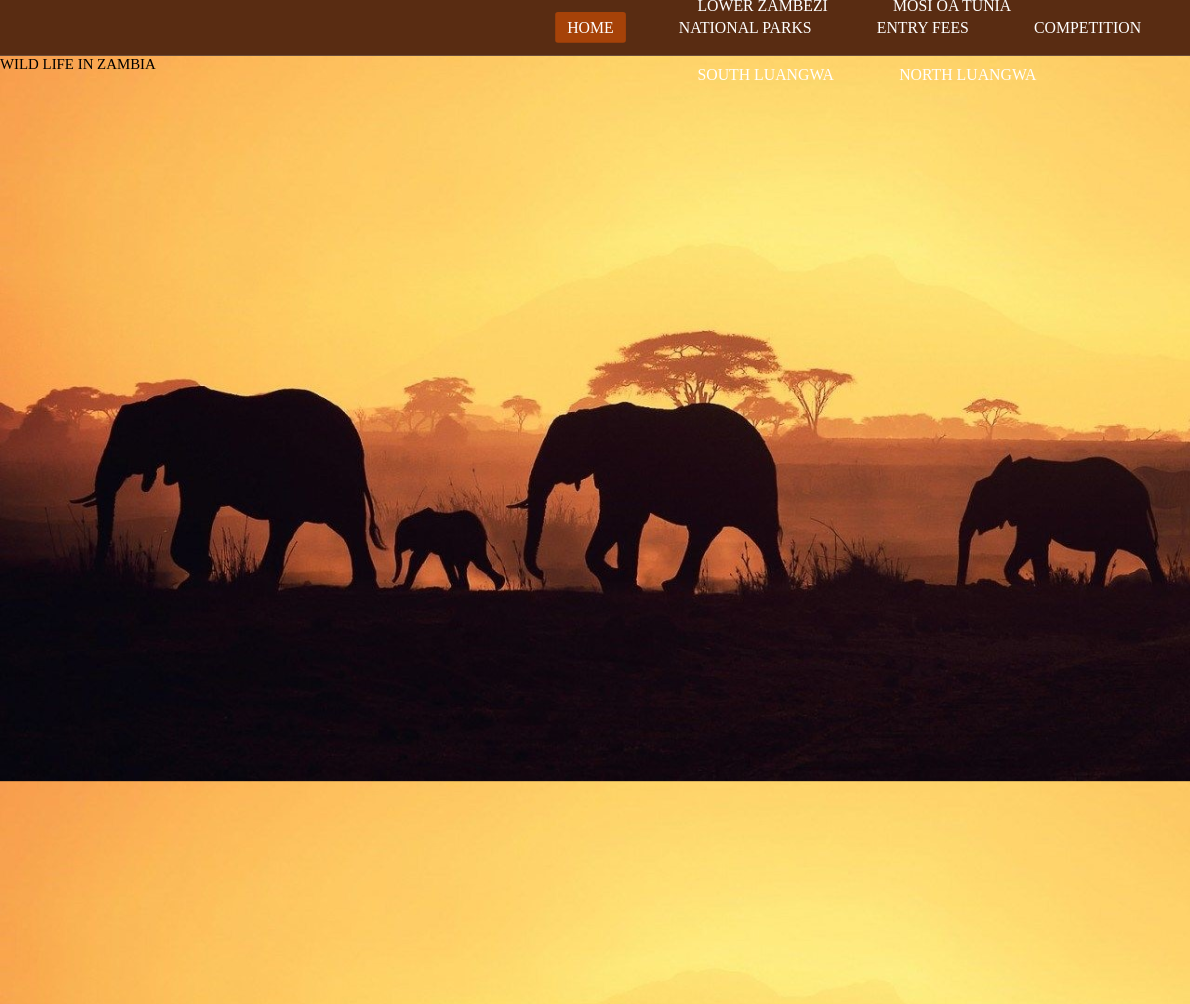
Repository: Lungdjos/web_assignment_3rd_yr
Page: home/index.html
These files come from the project's save history. The page is drawn as it stood at one moment and after the next save; the edit follows.
The browser window is 1280 px wide. The pictures show the whole page, at 93% of full size.
Some web libraries are served in a nearby version.

Above is the page before, as saved 2021-06-17 17:57:33.

### home/index.html
<!DOCTYPE html>
<html lang="en">

<head>
    <meta charset="UTF-8">
    <meta http-equiv="X-UA-Compatible" content="IE=edge">
    <meta name="viewport" content="width=device-width, initial-scale=1.0">
    <link rel="stylesheet" href="index.css">


    <title>Home</title>
    <script src="https://kit.fontawesome.com/a076d05399.js"></script>
</head>

<body>
    <nav>
        <input type="checkbox" id="check">
        <label for="check" class="checkbtn">
            <i class="fas fa-bars"></i>
        </label>
        <label class="logo">  </label>

        <ul>
            <li><a class="active" href="#">Home</a></li>
            <li><a href="#">National Parks</a>
                <ul>
                    <li>
                        <a href="/national parks/lower_zambezi/Lower_Zambezi.html">Lower Zambezi</a>
                    </li>
                    <li>
                        <a href="/national parks/mosi-oa-tunia/Mosi-oa-Tunya.html">Mosi oa Tunia</a>
                    </li>
                    <li>
                        <a href="/national parks/south_luangwa/South_Luangwa.html">South Luangwa</a>
                    </li>
                    <li>
                        <a href="/national parks/north_luangwa/North_Luangwa.html">North Luangwa</a>
                    </li>
                </ul>
            </li>
            <li><a href="/entry fee/entry_fee.html">Entry Fees</a></li>
            <li><a href="/competition/competition.html">Competition</a></li>

        </ul>
    </nav>
    <section>
        <p class="welcome">WILD LIFE IN ZAMBIA</p>
    </section>




</body>

</html>

### home/index.css
* {
    padding: 0;
    margin: 0;
    text-decoration: none;
    box-sizing: border-box;
}

body {
    font-family: montserrat;
}

nav {
    background: #592C12;
    height: 60px;
    width: 100%;
}

label.logo {
    color: white;
    font-size: 35;
    line-height: 60px;
    padding: 0 100px;
    font-weight: bold;
}

nav ul {
    float: right;
    margin-right: 20px;
}

nav ul li {
    display: inline-block;
    line-height: 60px;
    margin: 0 20px;
}

nav ul li a {
    color: white;
    font-size: 17px;
    padding: 7px 13px;
    border-radius: 3px;
    text-transform: uppercase;
}

a.active,
a:hover {
    background: #A64208;
    transition: 0.5s;
}

.checkbtn {
    font-size: 30px;
    color: white;
    float: right;
    line-height: 60px;
    margin-right: 40px;
    cursor: pointer;
    display: none;
}

#check {
    display: none;
}

@media (max-width: 1080px) {
    label.logo {
        font-size: 30px;
        padding-left: 50px;
    }
    nav ul li a {
        font-size: 16px;
    }
}

@media (max-width: 1080px) {
    .checkbtn {
        display: block;
    }
    ul {
        position: fixed;
        width: 100%;
        height: 100vh;
        background: #592C12;
        top: 80px;
        left: -100%;
        text-align: center;
        transition: all 0.5s;
    }
    nav ul li {
        display: block;
        margin: 50px 0;
        line-height: 20px;
    }
    nav ul li a {
        font-size: 20px;
        font-family: Arial, Helvetica, sans-serif;
    }
    a:hover,
    a.active {
        background: none;
        color: #F2D1B3;
    }
    #check:checked~ul {
        left: 0;
    }
}

section {
    background: url(/assets/images/elephants.jpg);
    background-size: no repeat;
    height: calc(150vh - 60px);
}


/**New Content Added*/


/*nav ul li ul a {
    display: block;
    padding: 0 15px;
    color: white;
    text-decoration: none;
}*/

nav ul ul {
    position: absolute;
    top: -30px;
    list-style-type: none;
}

nav ul li a:hover>ul {
    display: block;
}

nav ul ul li a {
    width: 100%;
    float: none;
    display: list-item;
    position: relative;
}

After the next save:
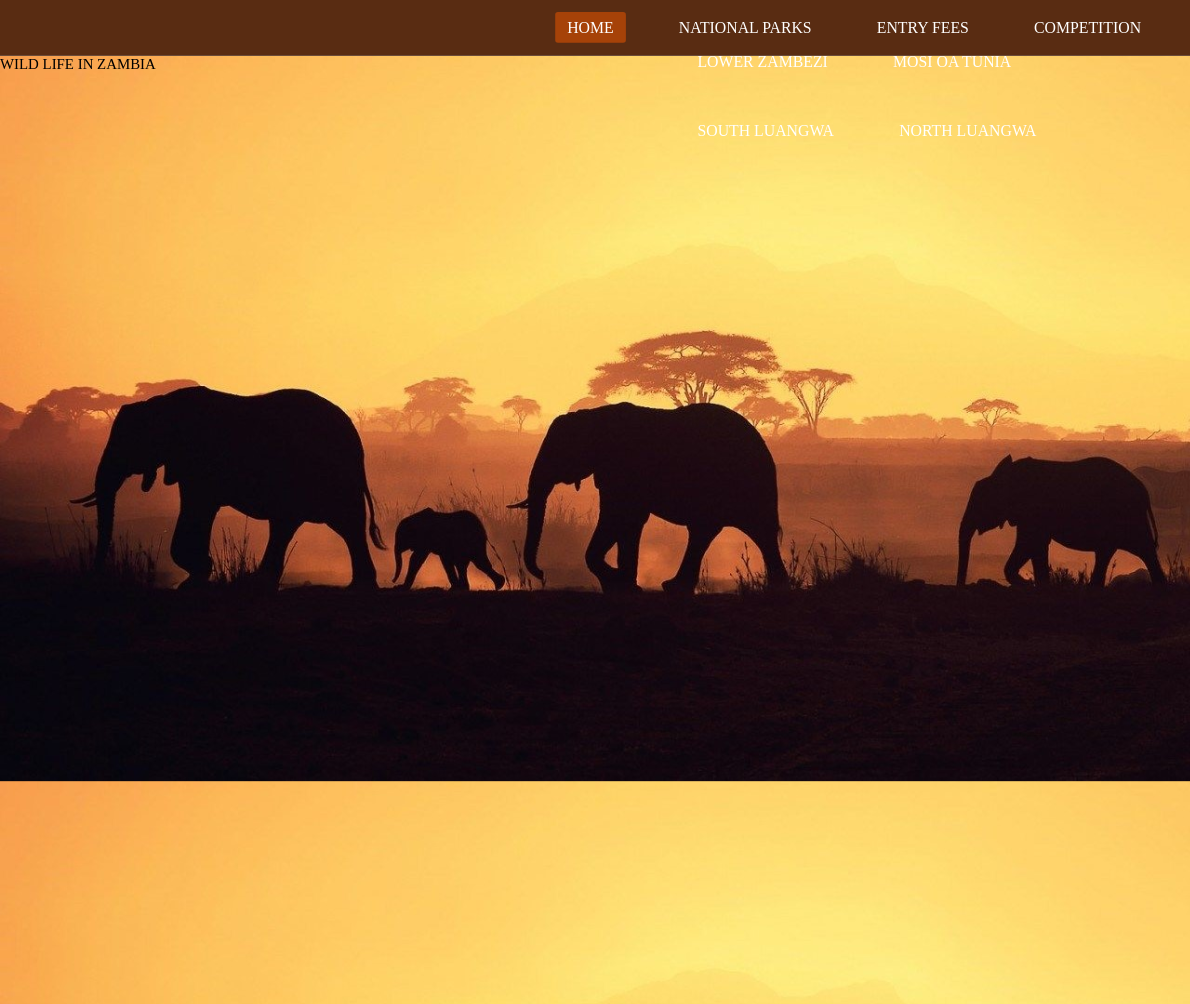
Saved 21 s later.
--- a/home/index.css
+++ b/home/index.css
@@ -124,7 +124,7 @@ section {
 
 nav ul ul {
     position: absolute;
-    top: -30px;
+    top: 30px;
     list-style-type: none;
 }
 
